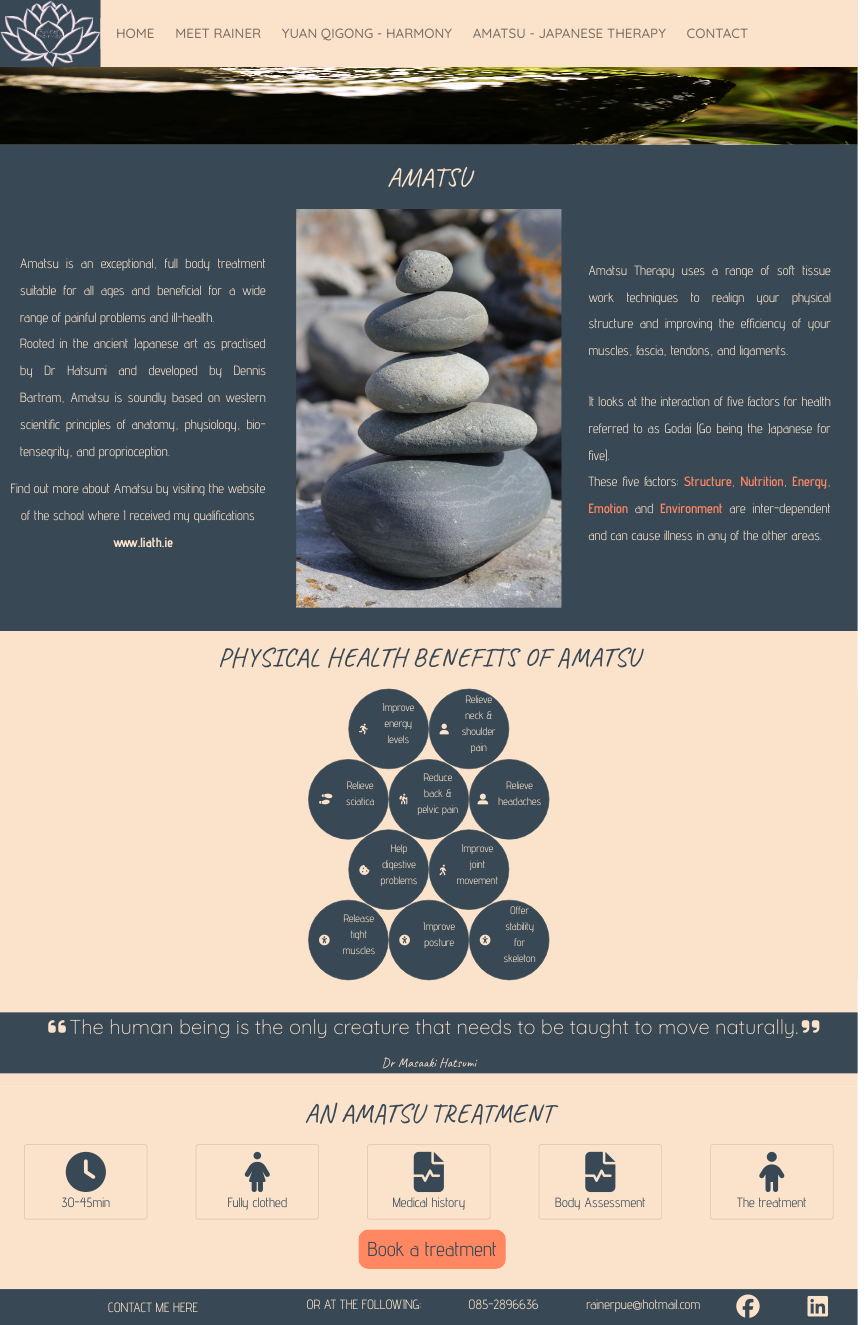
Repository: rainerpue/practitioner_website
Page: amatsu.html
The author's editor kept a record of every edit. The page is drawn from the files as they stood at one moment, then again after the next edit.
The browser window is 1280 px wide. The page is 1280 px wide, then 1295 px, so the pictures cover 1295 px, including what lies to the right of the window. The pictures show the whole page, at 67% of full size.
Some web libraries are served in a nearby version.

Above is the page before.

### amatsu.html
<!DOCTYPE html>
<html lang="en">

<head>
    <meta charset="UTF-8">
    <meta name="viewport" content="width=device-width, initial-scale=1.0">
    <meta http-equiv="X-UA-Compatible" content="ie=edge">
    <meta name="description" content="Home page | Rainer Puehringer, Find your Energy flow">
    <meta name="keywords" content="qigong, amatsu, therapy, energy flow, body balance, harmony, Japanese therapy, yuan gong, ireland">
    <meta name="author" content="Rainer Puehringer">
    <!-- favicon -->
    <link rel="shortcut icon" type="image" href="assets/favicon/favicon-32x32.png">
    <!-- style links -->
    <link rel="stylesheet" href="https://stackpath.bootstrapcdn.com/bootstrap/4.3.1/css/bootstrap.min.css" type="text/css" />

    <script src="https://kit.fontawesome.com/f7e192f540.js"></script>

    <!-- link to my css file comes after to make sure it render over bootstrap style -->
    <link rel="stylesheet" href="assets/css/style.css" type="text/css" />

    <title>Rainer Puehringer, Find your Energy flow with Yuan Qigong and Amatsu</title>

</head>

<body>
    <!-- navbar and logo -->
    <!-- blue background will only show on bigger screens, set to transparent for mobile device -->
    <nav class="navbar navbar-expand-md fixed-top navbar-light nav-coral">
        <!-- logo -->
        <a href="index.html" class="navbar-brand" id="logo">
            <img src="assets/images/logo.jpg" width="150" height="100" alt="logo">
        </a>
        <!-- button for smaller devices -->
        <button class="navbar-toggler" type="button" data-toggle="collapse" data-target="#burger" aria-controls="burger" aria-expanded="false" aria-label="Toggle navigation">
    <span class="fa fa-bars"></span>
  </button>
        <!-- navigation items which drop down vertically from burger icon in smaller devices -->
        <div class="collapse navbar-collapse" id="burger">
            <ul class="navbar-nav mr-auto text-uppercase">
                <li class="nav-item">
                    <a class="nav-link" href="index.html">Home</a>
                </li>
                <li class="nav-item">
                    <a class="nav-link" href="about.html">Meet Rainer</a>
                </li>
                <li class="nav-item">
                    <a class="nav-link" href="qigong.html">Yuan Qigong - Harmony</a>
                </li>
                <li class="nav-item">
                    <a class="nav-link" href="amatsu.html">Amatsu - Japanese Therapy</a>
                </li>
                <li class="nav-item">
                    <a class="nav-link" href="contact.html">Contact</a>
                </li>
            </ul>
        </div>
    </nav>

    <!-- end navbar -->


    <!-- image banner -->
    <main>
        <div class="container-fluid">
            <div class="row">
                <div class="col-12 banner-image amatsu-img">
                </div>
            </div>
        </div>

        <!-- Amatsu intro -->
        <section class="container-fluid bg-grey intro-section">
            <div class="row">
                <div class="col-12 offset text-center">
                    <h3 class="text-uppercase">Amatsu</h3>
                </div>
            </div>
            <div class="row section-details">
                <div class="col-12 col-md-4 main-content text-center">
                    <p class="text-justify">Amatsu is an exceptional, full body treatment suitable for all ages and beneficial for a wide range of painful problems and ill-health.<br> Rooted in the ancient Japanese art as practised by Dr Hatsumi and developed by Dennis Bartram,
                        Amatsu is soundly based on western scientific principles of anatomy, physiology, bio-tensegrity, and proprioception.</p>
                        Find out more about Amatsu by visiting the website of the school where I received my qualifications <span><a href="https://www.liath.ie" class="links" target="_blank">www.liath.ie</a></span></p>
                </div>
                <div class="col-12 col-md-4 text-center">
                    <img class="sm-img" src="assets/images/amatsu.jpg" width="100%" height="auto" alt="Stones balanced">
                </div>
                <div class="col-12 col-md-4 main-content text-center">
                    <p class="text-justify specialp">Amatsu Therapy uses a range of soft tissue work techniques to realign your physical structure and improving the efficiency of your muscles, fascia, tendons, and ligaments.</p>
                    <p class="text-justify specialp">It looks at the interaction of five factors for health referred to as Godai (Go being the Japanese for five). <br> These five factors: <span class="fivefactors">Structure</span>, <span class="fivefactors">Nutrition</span>, <span class="fivefactors">Energy</span>,
                        <span class="fivefactors">Emotion</span> and <span class="fivefactors">Environment</span> are inter-dependent and can cause illness in any of the other areas.</p>
                </div>
            </div>
        </section>

        <!-- Health benefits/stones design -->

        <section class="container-fluid bg-coral">
            <div class="row">
                <div class="col-12">
                    <h3 class="text-uppercase text-center">Physical health benefits of Amatsu</h3>
                </div>
            </div>
            <ul class="row bg-coral stone-section">
                <li class="row first-stone-row">
                    <div class="col-6 each-stone text-center">
                        <i class="fa fa-running"></i>
                        <p>Improve energy levels</p>
                    </div>
                    <div class="col-6 each-stone text-center">
                        <i class="fa fa-user"></i>
                        <p>Relieve neck & shoulder pain</p>
                    </div>
                </li>
                <li class="row second-stone-row">
                    <div class="col-4 each-stone text-center">
                        <i class="fa fa-shoe-prints"></i>
                        <p>Relieve sciatica</p>
                    </div>
                    <div class="col-4 each-stone text-center">
                        <i class="fa fa-hiking"></i>
                        <p>Reduce back & pelvic pain</p>
                    </div>
                    <div class="col-4 each-stone text-center">
                        <i class="fa fa-user-alt"></i>
                        <p>Relieve headaches</p>
                    </div>

                </li>
                <li class="row third-stone-row">
                    <div class="col-6 each-stone text-center">
                        <i class="fa fa-cookie-bite"></i>
                        <p>Help digestive problems</p>
                    </div>
                    <div class="col-6 each-stone text-center">
                        <i class="fa fa-walking"></i>
                        <p>Improve joint movement</p>
                    </div>
                </li>
                <li class="row fourth-stone-row">

                    <div class="col-4 each-stone text-center">
                        <i class="fa fa-universal-access"></i>
                        <p>Release tight muscles</p>
                    </div>
                    <div class="col-4 each-stone text-center">
                        <i class="fa fa-universal-access"></i>
                        <p>Improve posture</p>
                    </div>
                    <div class="col-4 each-stone text-center">
                        <i class="fa fa-universal-access"></i>
                        <p>Offer stability for skeleton</p>
                    </div>
                </li>
            </ul>
            <div class="row bg-grey mt-5">
                <div class="col-12">
                    <p class="quote text-center "><i class="fa fa-quote-left"></i>The human being is the only creature that needs to be taught to move naturally.<i class="fa fa-quote-right"></i></p>
                    <footer class="legend text-center">Dr Masaaki Hatsumi</footer>
                </div>
            </div>
        </section>

        <!-- Amatsu treatment / cards -->

        <section class="container-fluid bg-coral">
            <div class="row">
                <div class="col-12">
                    <h3 class="text-uppercase text-center">An Amatsu treatment</h3>
                </div>
            </div>
            <div class="row card-row text-center">
                <div class="col-12 col-sm-4 col-lg-2 text-center">
                    <div class="card">
                        <div class="card-item">
                            <div class="row">
                                <div class="col-12">
                                    <i class="fa fa-clock"></i>
                                </div>
                            </div>
                            <div class="row">
                                <div class="col-12">
                                    <span class="card-text">30-45min</span>
                                </div>
                            </div>
                        </div>
                    </div>
                </div>
                <div class="col-12 col-sm-4 col-lg-2 text-center">
                    <div class="card">
                        <div class="card-item">
                            <div class="row">
                                <div class="col-12">
                                    <i class="fa fa-female"></i>
                                </div>
                            </div>
                            <div class="row">
                                <div class="col-12">
                                    <span class="card-text">Fully clothed</span>
                                </div>
                            </div>
                        </div>
                    </div>
                </div>
                <div class="col-12 col-sm-4 col-lg-2 text-center">
                    <div class="card">
                        <div class="card-item">
                            <div class="row">
                                <div class="col-12">
                                    <i class="fa fa-file-medical-alt"></i>
                                </div>
                            </div>
                            <div class="row">
                                <div class="col-12">
                                    <span class="card-text">Medical history</span>
                                </div>
                            </div>
                        </div>
                    </div>
                </div>
                <div class="col-12 col-sm-4 col-lg-2 text-center">
                    <div class="card">
                        <div class="card-item">
                            <div class="row">
                                <div class="col-12">
                                    <i class="fa fa-file-medical-alt"></i>
                                </div>
                            </div>
                            <div class="row">
                                <div class="col-12">
                                    <span class="card-text">Body Assessment</span>
                                </div>
                            </div>
                        </div>
                    </div>
                </div>
                <div class="col-12 col-sm-4 col-lg-2 text-center">
                    <div class="card">
                        <div class="card-item">
                            <div class="row">
                                <div class="col-12">
                                    <i class="fa fa-child"></i>
                                </div>
                            </div>
                            <div class="row">
                                <div class="col-12">
                                    <span class="card-text">The treatment</span>
                                </div>
                            </div>
                        </div>
                    </div>
                </div>
            </div>
            <div class="container-fluid">
                <div class="row text-center">
                    <div class="col-12">
                        <a class="btn btn-gal btn-orange" href="contact.html">Book a treatment</a>
                    </div>
                </div>
            </div>
        </section>
    </main>

    <!-- footer -->

    <footer>
        <div class="container-fluid bg-grey">
            <div class="row footer-row text-center">
                <div class="col-12 col-lg-4 footer-contact d-sm-flex">
                    <a class="btn btn-gal btn-grey text-uppercase" href="contact.html">Contact Me Here</a>
                </div>
                <div class="col-12 col-lg-2 footer-contact text-center d-sm-flex">
                    <h5 class="text-uppercase">or at the following:</h5>
                </div>
                <div class="col-12 col-lg-2 footer-contact d-sm-flex">
                    <p>085-2896636</p>
                </div>
                <div class="col-12 col-lg-2 footer-contact d-sm-flex">
                    <p>rainerpue@hotmail.com</p>
                </div>
                <div class="col-12 col-lg-1 footer-contact d-sm-flex">
                    <a class="socialmedia" href="https://www.facebook.com/YuanGongandAmatsuwithRainer/" target="_blank">
                    <i class="fab fa-facebook text-decoration-none"></i>
                    <span class="sr-only">Facebook</span>
                    </a>
                </div>
                <div class="col-12 col-lg-1 footer-contact d-sm-flex">
                    <a class="socialmedia" href="https://www.linkedin.com/in/rainer-puehringer-63157248/" target="_blank">
                    <i class="fab fa-linkedin"></i>
                    <span class="sr-only">Linkedin</span>
                    </a>
                </div>
            </div>
        </div>
    </footer>

    <script src="https://code.jquery.com/jquery-3.2.1.slim.min.js " integrity="sha384-KJ3o2DKtIkvYIK3UENzmM7KCkRr/rE9/Qpg6aAZGJwFDMVNA/GpGFF93hXpG5KkN " crossorigin="anonymous"></script>
    <script src="https://cdnjs.cloudflare.com/ajax/libs/popper.js/1.12.9/umd/popper.min.js " integrity="sha384-ApNbgh9B+Y1QKtv3Rn7W3mgPxhU9K/ScQsAP7hUibX39j7fakFPskvXusvfa0b4Q " crossorigin="anonymous"></script>
    <script src="https://maxcdn.bootstrapcdn.com/bootstrap/4.0.0/js/bootstrap.min.js " integrity="sha384-JZR6Spejh4U02d8jOt6vLEHfe/JQGiRRSQQxSfFWpi1MquVdAyjUar5+76PVCmYl " crossorigin="anonymous"></script>
</body>

</html>

Loaded but not shown: assets/css/style.css (642 lines, source omitted)

After the next edit:
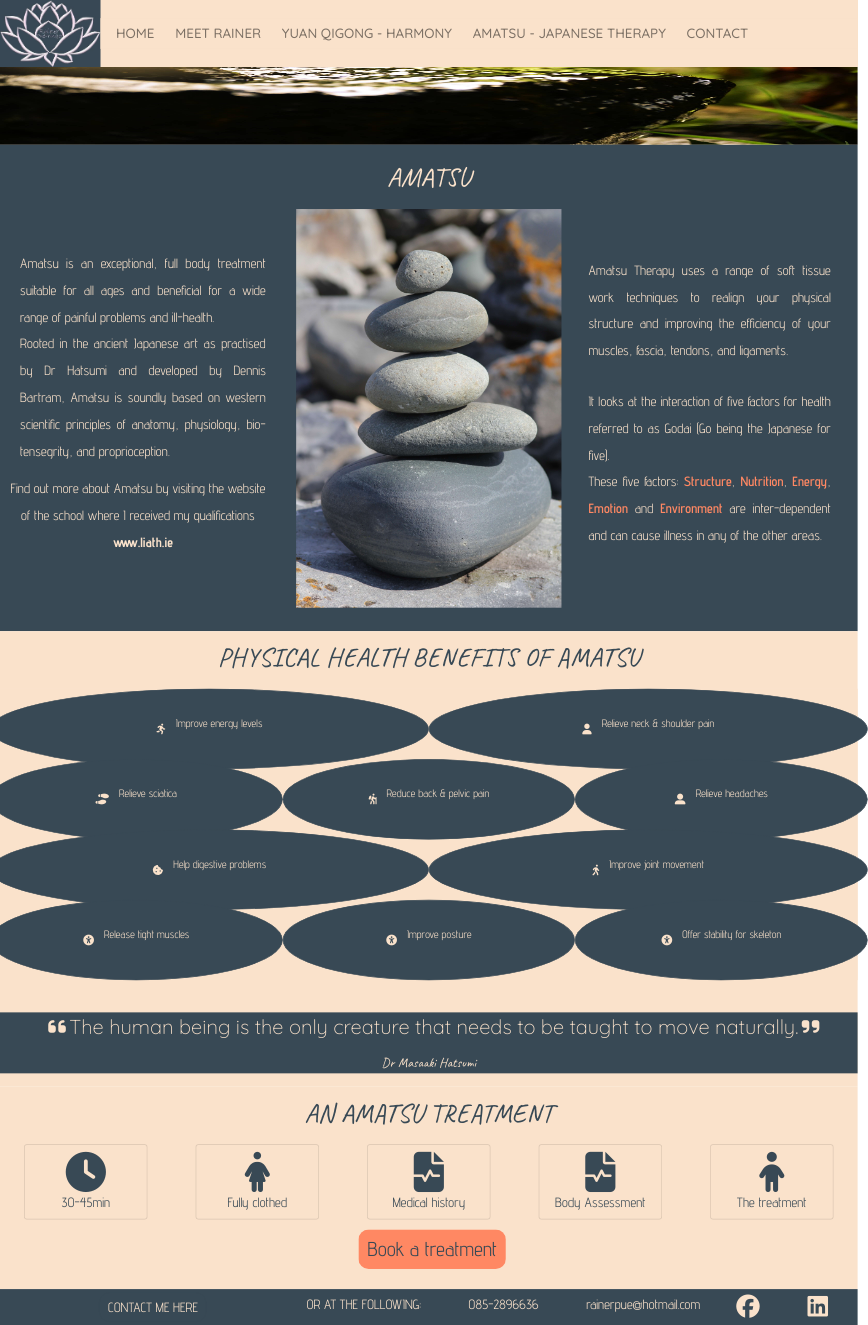
The edit:
--- a/amatsu.html
+++ b/amatsu.html
@@ -100,7 +100,7 @@
                     <h3 class="text-uppercase text-center">Physical health benefits of Amatsu</h3>
                 </div>
             </div>
-            <ul class="row bg-coral stone-section">
+            <ul class="row bg-coral d-none d-sm-block stone-section">
                 <li class="row first-stone-row">
                     <div class="col-6 each-stone text-center">
                         <i class="fa fa-running"></i>
